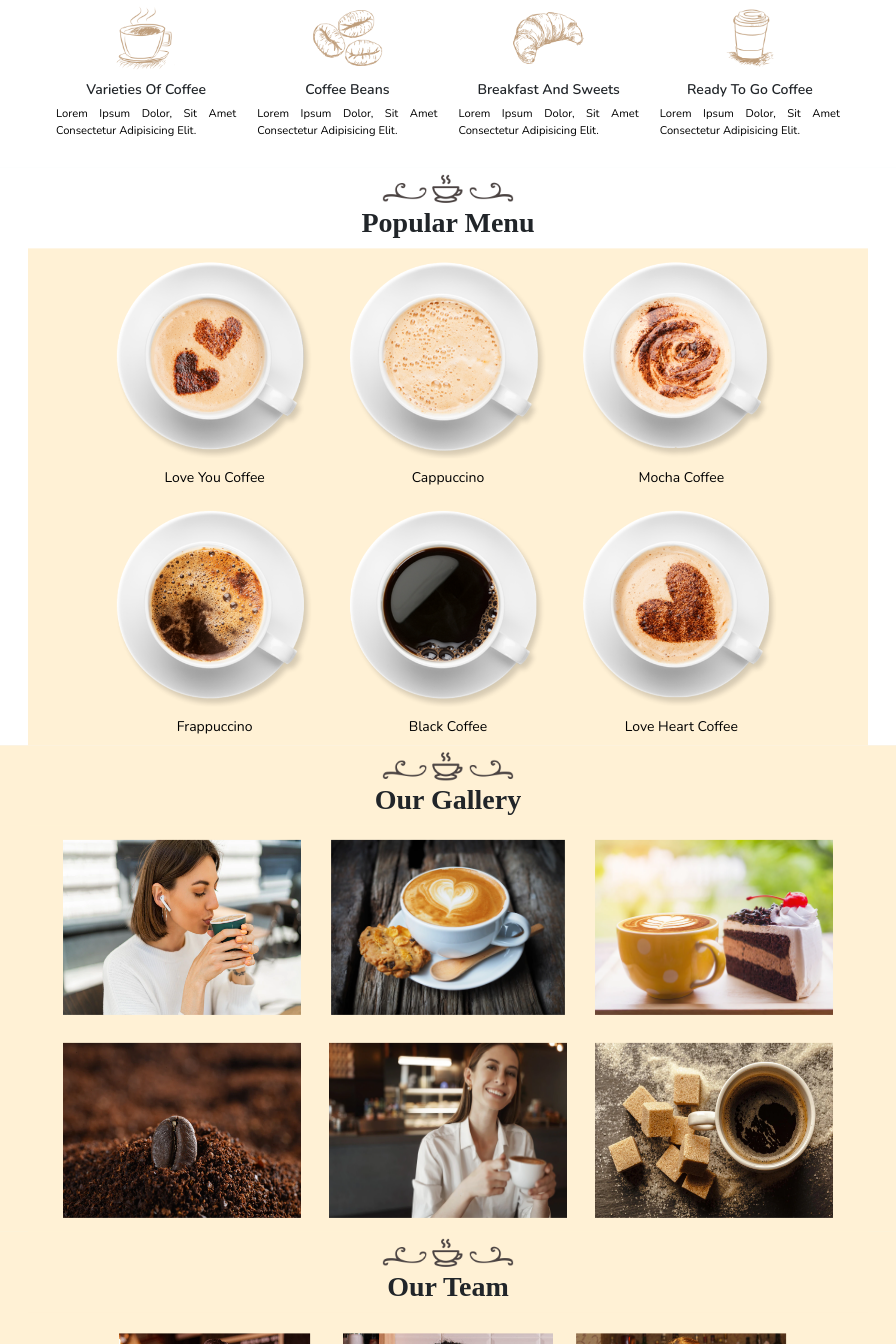
Repository: Ragavan728/coffee_full
Page: index.html
The author's editor kept a copy of each file at every save. The page is drawn from the files as they stood at one save, then again after the next save.
The browser window is 1280 px wide. The pictures show the part of the page from y = 1497 to 3417 px (the page is 5147 px tall before and 5207 px after), at 70% of full size.
Some web fonts or font styles are not loaded; a fallback is used.

Above is the page before, as saved 2025-02-10 16:11:20.

### index.html
<!DOCTYPE html>
<html lang="en">

<head>
    <meta charset="UTF-8">
    <meta name="viewport" content="width=device-width, initial-scale=1.0">
    <title>Coffee Shop</title>
    <link rel="shortcut icon" href="./assets/images/logo.png" type="image/x-icon">
    <link rel="stylesheet" href="./style.css">
    <link rel="stylesheet" href="https://cdnjs.cloudflare.com/ajax/libs/font-awesome/6.7.2/css/all.min.css"
        integrity="sha512-Evv84Mr4kqVGRNSgIGL/F/aIDqQb7xQ2vcrdIwxfjThSH8CSR7PBEakCr51Ck+w+/U6swU2Im1vVX0SVk9ABhg=="
        crossorigin="anonymous" referrerpolicy="no-referrer" />
    <!-- <link rel="stylesheet" href="./cssSequence.css"> -->
</head>

<body>
    <header>
        <nav class="navBar"> <!-- component -->
            <div class="navContainer align"> <!-- componentContainer -->
                <div class="navBody grid-2"> <!-- row 1 -->
                    <div class="logoBlock dflex"> <!-- column 1 -->
                        <figure class="logoBox dflex"> <!-- subColumn 1 -->
                            <img src="./assets/images/logo.png" alt="logo">
                        </figure>
                    </div>
                    <div class="navlinkBlock dflex"> <!-- column 2 -->
                        <ul class="navlinkBox dflex"> <!-- subcolumn 1 -->
                            <li><a href="">Home</a></li>
                            <li><a href="">About</a></li>
                            <li><a href="">Menu</a></li>
                            <li><a href="">Gallery</a></li>
                            <li><a href="">Team</a></li>
                            <li><a href="">Contact</a></li>
                        </ul>
                    </div>
                </div>
            </div>
        </nav>
        <section class="heroSection componentSpacing"> <!-- component -->
            <div class="heroContainer align"> <!-- componentContainer -->
                <div class="heroBody grid-1"> <!-- row 1 -->
                    <div class="heroBlock dflex"> <!-- column 1 -->
                        <div class="heroBox dflex-col"> <!-- subcolumn 1 -->
                            <h1>Coffee Heaven</h1>
                            <p>Lorem Ipsum, Dolor Sit Amet Consectetur
                                Adipisicing Elit. Adipisci Ipsa Id Vero
                                Perferendis, Reiciendis Dolores!</p>
                            <button type="button">About Us</button>
                        </div>
                    </div>
                </div>
            </div>
        </section>
    </header>
    <main>
        <section class="ourMenu componentSpacing"> <!-- component -->
            <div class="ourMenuContainer align"> <!-- componentContainer  -->
                <div class="ourMenuBody grid-2"> <!-- row 1 -->
                    <div class="ourMenuImgBlock dflex"> <!-- column 1 -->
                        <figure class="ourMenuImgBox dflex"> <!-- subColumn 1 -->
                            <img src="./assets/images/ourmenu.svg" alt="menuImg">
                        </figure>
                    </div>
                    <div class="ourMenuBlock dflex"> <!-- column 2 -->
                        <div class="ourMenuBox dflex-col"> <!-- subcolumn 1 -->
                            <h2>A Cup Of Coffee Can Complete Your Day</h2>
                            <p>Lorem ipsum, dolor sit amet consectetur adipisicing elit. Pariatur, esse corrupti.
                                Incidunt fuga sit numquam est consequatur provident ipsa quidem! Lorem</p>
                            <button type="button">Our Menu</button>
                        </div>
                    </div>
                </div>
            </div>
        </section>
        <section class="ourFacility componentSpacing"> <!-- component -->
            <div class="ourFacilityContainer align"> <!-- componentContainer -->
                <div class="headingBody grid-1"> <!-- row 1 -->
                    <div class="headingBlock dflex"> <!-- column 1 -->
                        <div class="headingBox dflex-col"> <!-- subcolumn 1 -->
                            <figure class="headingImg">
                                <img src="./assets/images/heading.png" alt="heading_design">
                            </figure>
                            <h2>our facility</h2>
                        </div>
                    </div>
                </div>
                <div class="facilityListsBody grid-4"> <!-- row 2 -->
                    <div class="facilityBlock dflex"> <!-- column 1 -->
                        <div class="facilityCard dflex-col"> <!-- subcolumn 1 -->
                            <figure class="facilityCardHead">
                                <img src="./assets/images/facility_1.png" alt="facility_01">
                            </figure>
                            <div class="facilityCardBody">
                                <h3>Varieties Of Coffee</h3>
                                <p>Lorem Ipsum Dolor, Sit Amet Consectetur Adipisicing Elit.</p>
                            </div>
                        </div>
                    </div>
                    <div class="facilityBlock dflex"> <!-- column 2 -->
                        <div class="facilityCard dflex-col"> <!-- subcolumn 1 -->
                            <figure class="facilityCardHead">
                                <img src="./assets/images/facility_2.png" alt="facility_02">
                            </figure>
                            <div class="facilityCardBody">
                                <h3>Coffee Beans</h3>
                                <p>Lorem Ipsum Dolor, Sit Amet Consectetur Adipisicing Elit.</p>
                            </div>
                        </div>
                    </div>
                    <div class="facilityBlock dflex"> <!-- column 3 -->
                        <div class="facilityCard dflex-col"> <!-- subcolumn 1 -->
                            <figure class="facilityCardHead">
                                <img src="./assets/images/facility_3.png" alt="facility_03">
                            </figure>
                            <div class="facilityCardBody">
                                <h3>Breakfast And Sweets</h3>
                                <p>Lorem Ipsum Dolor, Sit Amet Consectetur Adipisicing Elit.</p>
                            </div>
                        </div>
                    </div>
                    <div class="facilityBlock dflex"> <!-- column 4 -->
                        <div class="facilityCard dflex-col"> <!-- subcolumn 1 -->
                            <figure class="facilityCardHead">
                                <img src="./assets/images/facility_4.png" alt="facility_04">
                            </figure>
                            <div class="facilityCardBody">
                                <h3>Ready To Go Coffee</h3>
                                <p>Lorem Ipsum Dolor, Sit Amet Consectetur Adipisicing Elit.</p>
                            </div>
                        </div>
                    </div>
                </div>
            </div>
        </section>
        <section class="popularMenu"> <!-- component -->
            <div class="popularMenuContainer"> <!-- componentContainer -->
                <div class="headingBody"> <!-- row 1 -->
                    <div class="headingBlock"> <!-- column 1 -->
                        <div class="headingBox"> <!-- subcolumn 1 -->
                            <figure class="headingImg">
                                <img src="./assets/images/heading.png" alt="heading_design">
                            </figure>
                            <h2>Popular menu</h2>
                        </div>
                    </div>
                </div>
                <div class="popularMenuBody"> <!-- row 2 -->
                    <div class="popularMenuBlock"> <!-- column 1 -->
                        <div class="popularMenuCard"> <!-- subcolumn 1 -->
                            <figure class="popularCardHead">
                                <img src="./assets/images/popular_1.png" alt="popular_01">
                            </figure>
                            <div class="popularCardBody">
                                <p>love you coffee</p>
                            </div>
                        </div>
                    </div>
                    <div class="popularMenuBlock"> <!-- column 2 -->
                        <div class="popularMenuCard"> <!-- subcolumn 1 -->
                            <figure class="popularCardHead">
                                <img src="./assets/images/popular_2.png" alt="popular_02">
                            </figure>
                            <div class="popularCardBody">
                                <p>Cappuccino</p>
                            </div>
                        </div>
                    </div>
                    <div class="popularMenuBlock"> <!-- column 3 -->
                        <div class="popularMenuCard"> <!-- subcolumn 1 -->
                            <figure class="popularCardHead">
                                <img src="./assets/images/popular_3.png" alt="popular_03">
                            </figure>
                            <div class="popularCardBody">
                                <p>Mocha Coffee</p>
                            </div>
                        </div>
                    </div>
                    <div class="popularMenuBlock"> <!-- column 4 -->
                        <div class="popularMenuCard"> <!-- subcolumn 1 -->
                            <figure class="popularCardHead">
                                <img src="./assets/images/popular_4.png" alt="popular_04">
                            </figure>
                            <div class="popularCardBody">
                                <p>Frappuccino</p>
                            </div>
                        </div>
                    </div>
                    <div class="popularMenuBlock"> <!-- column 5 -->
                        <div class="popularMenuCard"> <!-- subcolumn 1 -->
                            <figure class="popularCardHead">
                                <img src="./assets/images/popular_5.png" alt="popular_05">
                            </figure>
                            <div class="popularCardBody">
                                <p>Black Coffee</p>
                            </div>
                        </div>
                    </div>
                    <div class="popularMenuBlock"> <!-- column 6 -->
                        <div class="popularMenuCard"> <!-- subcolumn 1 -->
                            <figure class="popularCardHead">
                                <img src="./assets/images/popular_6.png" alt="popular_06">
                            </figure>
                            <div class="popularCardBody">
                                <p>Love Heart Coffee</p>
                            </div>
                        </div>
                    </div>
                </div>
            </div>
        </section>
        <section class="ourGallery"> <!-- component -->
            <div class="ourGalleryContainer"> <!-- componentContainer -->
                <div class="headingBody"> <!-- row 1 -->
                    <div class="headingBlock"> <!-- column 1 -->
                        <div class="headingBox"> <!-- subcolumn 1 -->
                            <figure class="headingImg">
                                <img src="./assets/images/heading.png" alt="heading_design">
                            </figure>
                            <h2>our gallery</h2>
                        </div>
                    </div>
                </div>
                <div class="ourGalleryBody"> <!-- row 2 -->
                    <div class="ourGalleryBlock"> <!-- column 1 -->
                        <div class="ourGalleryCard"> <!-- subcolumn 1 -->
                            <figure class="cardHead">
                                <img src="./assets/images/gallery_1.webp" alt="gallery_1">
                            </figure>
                        </div>
                    </div>
                    <div class="ourGalleryBlock"> <!-- column 2 -->
                        <div class="ourGalleryCard"> <!-- subcolumn 1 -->
                            <figure class="cardHead">
                                <img src="./assets/images/gallery_2.webp" alt="gallery_2">
                            </figure>
                        </div>
                    </div>
                    <div class="ourGalleryBlock"> <!-- column 3 -->
                        <div class="ourGalleryCard"> <!-- subcolumn 1 -->
                            <figure class="cardHead">
                                <img src="./assets/images/gallery_3.webp" alt="gallery_3">
                            </figure>
                        </div>
                    </div>
                    <div class="ourGalleryBlock"> <!-- column 4 -->
                        <div class="ourGalleryCard"> <!-- subcolumn 1 -->
                            <figure class="cardHead">
                                <img src="./assets/images/gallery_4.webp" alt="gallery_4">
                            </figure>
                        </div>
                    </div>
                    <div class="ourGalleryBlock"> <!-- column 5 -->
                        <div class="ourGalleryCard"> <!-- subcolumn 1 -->
                            <figure class="cardHead">
                                <img src="./assets/images/gallery_5.webp" alt="gallery_5">
                            </figure>
                        </div>
                    </div>
                    <div class="ourGalleryBlock"> <!-- column 6 -->
                        <div class="ourGalleryCard"> <!-- subcolumn 1 -->
                            <figure class="cardHead">
                                <img src="./assets/images/gallery_6.webp" alt="gallery_6">
                            </figure>
                        </div>
                    </div>
                </div>
            </div>
        </section>
        <section class="ourTeam"> <!-- component -->
            <div class="ourTeamContainer"> <!-- componentContainer -->
                <div class="headingBody"> <!-- row 1 -->
                    <div class="headingBlock"> <!-- column 1 -->
                        <div class="headingBox"> <!-- subcolumn 1 -->
                            <figure class="headingImg">
                                <img src="./assets/images/heading.png" alt="heading_design">
                            </figure>
                            <h2>our team</h2>
                        </div>
                    </div>
                </div>
                <div class="ourTeamBody"> <!-- row 2 -->
                    <div class="ourTeamBlock"> <!-- column 1 -->
                        <div class="ourTeamCard"> <!-- subcolumn 1 -->
                            <figure class="teamCardHead">
                                <img src="./assets/images/team_1.jpg" alt="team_1">
                            </figure>
                            <div class="teamCardBody">
                                <p>john deo</p>
                            </div>
                        </div>
                    </div>
                    <div class="ourTeamBlock "> <!-- column 2 -->
                        <div class="ourTeamBox"> <!-- subcolumn 1 -->
                            <figure class="teamCardHead">
                                <img src="./assets/images/team_2.jpg" alt="team_2">
                            </figure>
                            <div class="teamCardBody">
                                <p>john deo</p>
                            </div>
                        </div>
                    </div>
                    <div class="ourTeamBlock "> <!-- column 3 -->
                        <div class="ourTeamBox"> <!-- subcolumn 1 -->
                            <figure class="teamCardHead">
                                <img src="./assets/images/team_3.jpg" alt="team_3">
                            </figure>
                            <div class="teamCardBody">
                                <p>john deo</p>
                            </div>
                        </div>
                    </div>
                    <div class="ourTeamBlock "> <!-- column 4 -->
                        <div class="ourTeamBox"> <!-- subcolumn 1 -->
                            <figure class="teamCardHead">
                                <img src="./assets/images/team_4.jpg" alt="team_4">
                            </figure>
                            <div class="teamCardBody">
                                <p>john deo</p>
                            </div>
                        </div>
                    </div>
                    <div class="ourTeamBlock "> <!-- column 5 -->
                        <div class="ourTeamBox"> <!-- subcolumn 1 -->
                            <figure class="teamCardHead">
                                <img src="./assets/images/team_5.jpg" alt="team_5">
                            </figure>
                            <div class="teamCardBody">
                                <p>john deo</p>
                            </div>
                        </div>
                    </div>
                    <div class="ourTeamBlock "> <!-- column 6 -->
                        <div class="ourTeamBox"> <!-- subcolumn 1 -->
                            <figure class="teamCardHead">
                                <img src="./assets/images/team_6.jpg" alt="team_6">
                            </figure>
                            <div class="teamCardBody">
                                <p>john deo</p>
                            </div>
                        </div>
                    </div>
                </div>
            </div>
        </section>
        <section class="contactUs"> <!-- component -->
            <div class="contactContainer"> <!-- componentContainer -->
                <div class="headingBody"> <!-- row 1 -->
                    <div class="headingBlock"> <!-- column 1 -->
                        <div class="headingBox"> <!-- subcolumn 1 -->
                            <figure class="headingImg">
                                <img src="./assets/images/heading.png" alt="heading_design">
                            </figure>
                            <h2>contact us</h2>
                        </div>
                    </div>
                </div>
                <div class="contactUsBody"> <!-- row 2 -->
                    <div class="contactUsImgBlock"> <!-- column 1 -->
                        <figure class="imgBox"> <!-- subcolumn 1 -->
                            <img src="./assets/images/contact-img (1).jpg" alt="">
                        </figure>
                    </div>
                    <div class="contactFormBlock"> <!-- column 2 -->


                    </div>
                </div>
            </div>
        </section>
    </main>
    <footer>
        <section class="footer"> <!-- component -->
            <div class="footerContainer"> <!-- componentContainer -->
                <div class="footerBody"> <!-- row 1 -->
                    <div class="footerBlock"> <!-- column 1 -->
                        <div class="footerCard"> <!-- subcolumn 1 -->
                            <div class="cardHead">
                                <i class="fa-solid fa-envelope"></i>
                            </div>
                            <div class="cardBody">
                                <h5>our email</h5>
                                <p>shaakshi@gmail.com</p>
                                <p>hyhy@gmail.com</p>
                            </div>
                        </div>
                    </div>
                    <div class="footerBlock"> <!-- column 2 -->
                        <div class="footerCard"> <!-- subcolumn 1 -->
                            <div class="cardHead">
                                <i class="fa-regular fa-clock"></i>
                            </div>
                            <div class="cardBody">
                                <h5>opening hours</h5>
                                <p>07:00am to 09:00pm</p>
                            </div>
                        </div>
                    </div>
                    <div class="footerBlock"> <!-- column 3 -->
                        <div class="footerCard"> <!-- subcolumn 1 -->
                            <div class="cardHead">
                                <i class="fa-solid fa-location-dot"></i>
                            </div>
                            <div class="cardBody">
                                <h5>shop location</h5>
                                <p>mumbai, india- 400101</p>
                            </div>
                        </div>
                    </div>
                    <div class="footerBlock"> <!-- column 4 -->
                        <div class="footerCard"> <!-- subcolumn 1 -->
                            <div class="cardHead">
                                <i class="fa-solid fa-phone"></i>
                            </div>
                            <div class="cardBody">
                                <h5>our number</h5>
                                <p>+91-123-456-7890</p>
                                <p>+91-111-222-3333</p>
                            </div>
                        </div>
                    </div>
                </div>
                <div class="copyrightsBody"> <!-- row 2 -->
                    <div class="copyrightsBlock"> <!-- column 1  -->
                        <div class="copyrightsBox"> <!-- subcolumn 1 -->
                            <p>
                                © copyright @ 2022 by <span>mr. web designer</span> | all rights reserved
                            </p>
                        </div>
                    </div>
                </div>
            </div>
        </section>
    </footer>
</body>

</html>

Loaded but not shown: style.css (1045 lines, source omitted)

After the next save:
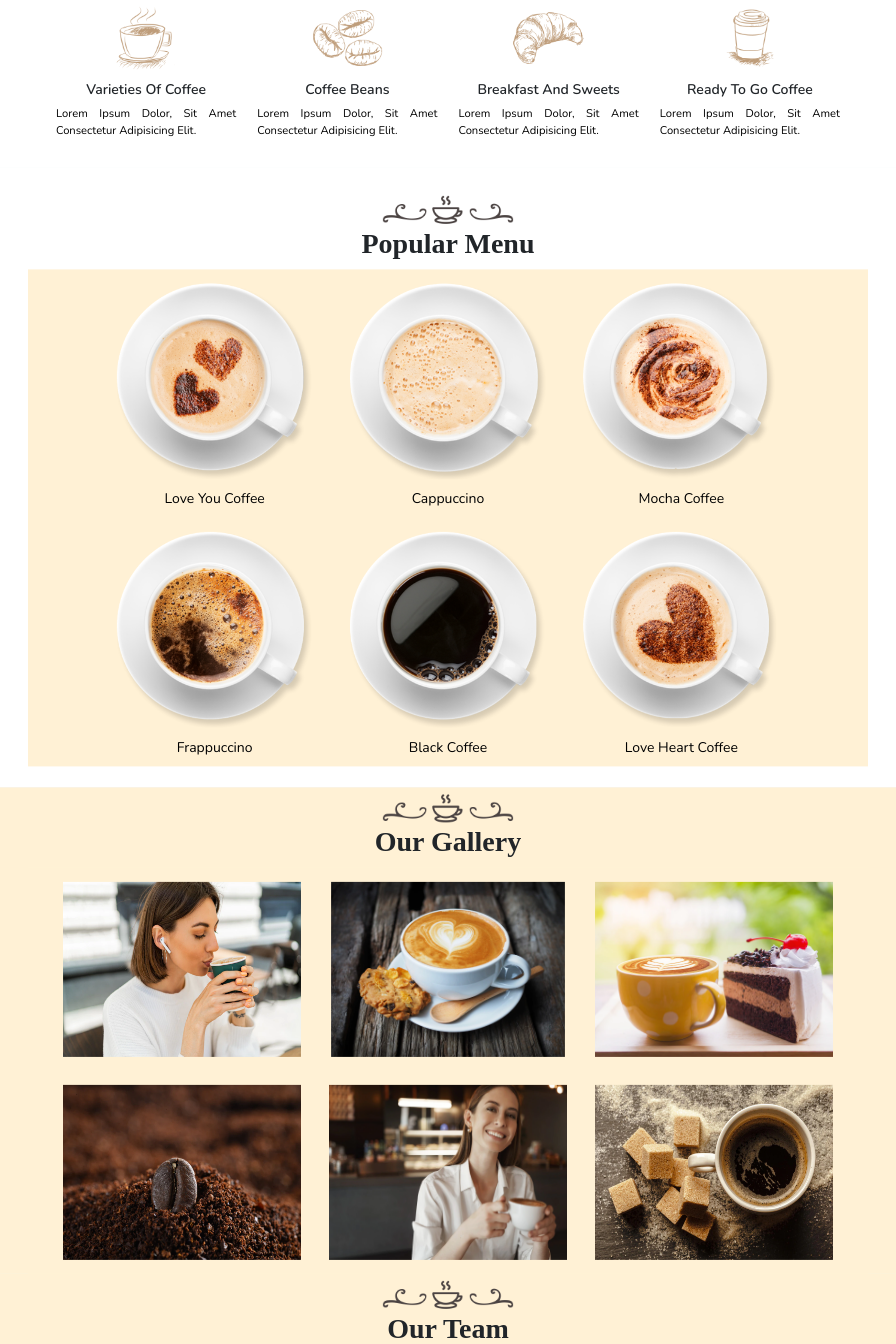
Saved 10 s later.
--- a/index.html
+++ b/index.html
@@ -132,7 +132,7 @@
                 </div>
             </div>
         </section>
-        <section class="popularMenu"> <!-- component -->
+        <section class="popularMenu componentSpacing"> <!-- component -->
             <div class="popularMenuContainer"> <!-- componentContainer -->
                 <div class="headingBody"> <!-- row 1 -->
                     <div class="headingBlock"> <!-- column 1 -->
